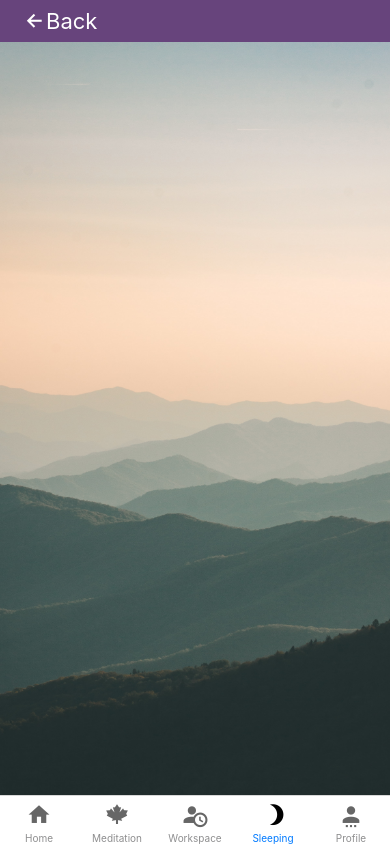
Repository: huynhthu1704/LTDD3_Nhom1_SimpleApp
Screen: /Sleeping
The author's editor kept a copy of each file at every save. The screen is drawn from the files as they stood at one save, then again after the next save.
The app was drawn by React Native's web renderer in a window 390 px wide. The project was rebuilt for these pictures with package versions that can differ from the ones it lists, and the page was loaded fresh each time. Some packages were replaced by stand-ins written for this rebuild. Also part of the build but not shown: app/screens/MeditationScreen.js, app/constants/images.js, app/screens/LaunchScreen.js, app/screens/WorkspaceScreen.js, app/screens/ProfileScreen.js, app/components/NavBar.js.

Above is the screen before, as saved 2022-04-28 15:52:32.

After the next save:
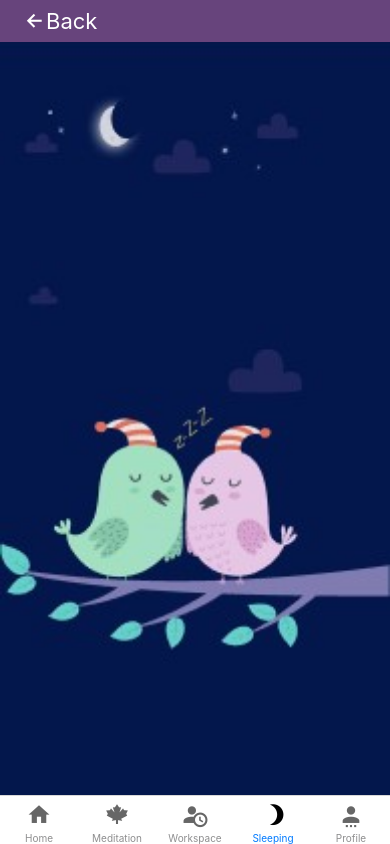
Saved 14 s later.
--- a/app/screens/Sleeping.js
+++ b/app/screens/Sleeping.js
@@ -9,7 +9,7 @@ export default function Sleeping() {
   return (
     <View>
     <HeaderBar bgColor = {COLORS.purple} color = {COLORS.white}/>
-    <Image style = {{height: SIZES.height, width : SIZES.width}} source = {require('../../assets/images/launch_screen_img.png')}/>
+    <Image style = {{height: SIZES.height, width : SIZES.width}} source = {require('../../assets/images/sleeping_bird.png')}/>
 
     </View>
   );
